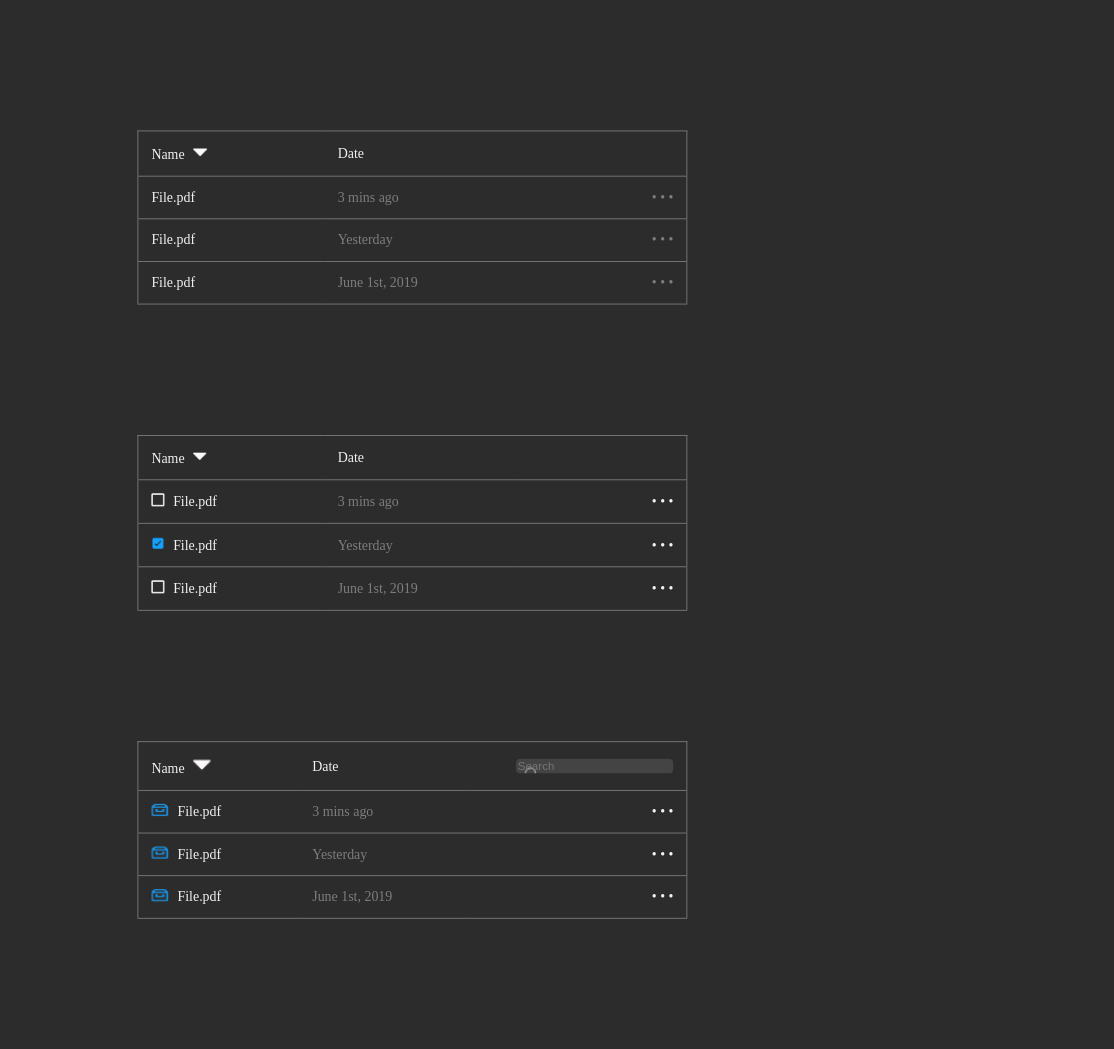
Repository: batonAnton/Hw5-table
Page: index.html
An editor plug-in stored every save of this project. The page is shown before and after the next save, followed by the edit.
The browser window is 1280 px wide. The pictures show the whole page, at 87% of full size.

Above is the page before, as saved 2022-06-14 12:10:07.

### index.html
<!DOCTYPE html>
<html lang="en">
<head>
    <meta charset="UTF-8">
    <meta http-equiv="X-UA-Compatible" content="IE=edge">
    <meta name="viewport" content="width=device-width, initial-scale=1.0">
    <title>Lecture 5</title>
    <link rel="stylesheet" href="css/style.css">
</head>
<body>
    <table>
        <tr>
            <td>Name <button><img src="image/down-filled-triangular-arrow.png" alt="down-filled-triangular-arrow"></button> </td>
            <td colspan="2">Date</td>
        </tr>

        <tr>
            <td>File.pdf</td>
            <td class="gray-color">3 mins ago</td>
            <td class="right-dot gray-color">&#x2022 &#x2022 &#x2022</td>
        </tr>

        <tr>
            <td>File.pdf</td>
            <td class="gray-color">Yesterday</td>
            <td class="right-dot gray-color">&#x2022 &#x2022 &#x2022</td>
        </tr>

        <tr>
            <td>File.pdf</td>
            <td class="gray-color">June 1st, 2019</td>
            <td class="right-dot gray-color">&#x2022 &#x2022 &#x2022</td>
        </tr>
    </table>

    <table class="table2">
        <tr>
            <td>  Name <button><img src="image/down-filled-triangular-arrow.png" alt="down-filled-triangular-arrow"></button> </td>
            <td colspan="2">Date</td>
        </tr>

        <tr>
            <td> <img src="/image/checkbox (1).png" alt="">File.pdf</td>
            <td class="gray-color">3 mins ago</td>
            <td class="right-dot white-dot">&#x2022 &#x2022 &#x2022</td>
        </tr>

        <tr>
            <td><img src="/image/checkbox.png" alt="">File.pdf</td>
            <td class="gray-color">Yesterday</td>
            <td class="right-dot white-dot">&#x2022 &#x2022 &#x2022</td>
        </tr>

        <tr>
            <td><img src="/image/checkbox (1).png" alt="">File.pdf</td>
            <td class="gray-color">June 1st, 2019</td>
            <td class="right-dot white-dot">&#x2022 &#x2022 &#x2022</td>
        </tr>
    </table>

    <table class="table3">
        <tr>
            <td>  Name <button><img src="image/down-filled-triangular-arrow.png" alt="down-filled-triangular-arrow"></button> </td>
            <td>Date</td>
            <td><input type="search" placeholder="Search"></td>
        </tr>

        <tr>
            <td> <img src="/image/file-iconpng.png" alt="">File.pdf</td>
            <td class="gray-color">3 mins ago</td>
            <td class="right-dot white-dot">&#x2022 &#x2022 &#x2022</td>
        </tr>

        <tr>
            <td><img src="/image/file-iconpng.png" alt="">File.pdf</td>
            <td class="gray-color">Yesterday</td>
            <td class="right-dot white-dot">&#x2022 &#x2022 &#x2022</td>
        </tr>

        <tr>
            <td><img src="/image/file-iconpng.png" alt="">File.pdf</td>
            <td class="gray-color">June 1st, 2019</td>
            <td class="right-dot white-dot">&#x2022 &#x2022 &#x2022</td>
        </tr>
    </table>
</body>
</html>

### css/style.css
body {
  background-color: rgb(44, 44, 44);
  color: rgb(242, 242, 242);
}

table {
  border: 1px solid rgb(125, 125, 125);
  margin: 150px;
  width: 50%;
  border-collapse: collapse;
  border-spacing: 0;
}

td {
  border-bottom: 1px solid rgb(125, 125, 125);
  padding: 15px;
  width: 270px;
  height: 18px;
}

.right-dot {
  text-align: right;
}

button {
  background-color: rgb(44, 44, 44);
  border: none;
}

.gray-color {
  color: rgb(125, 125, 125);
}

.white-dot {
  color: rgb(242, 242, 242);
}

.table2 img {
  margin-right: 10px;
  width: 15px;
}
.table3 img {
  margin-right: 10px;
  width: 15px;
}

.table3 img {
  width: 20px;
}

input {
  background-color: #444444;
  opacity: 1;
  float: right;
  border: none;
  border-radius: 5px;
  background-image: url("/image/search.png");
  background-position: 10px 10px;
  background-repeat: no-repeat;
  /* padding: 12px 20px 12px 40px; */
}

After the next save:
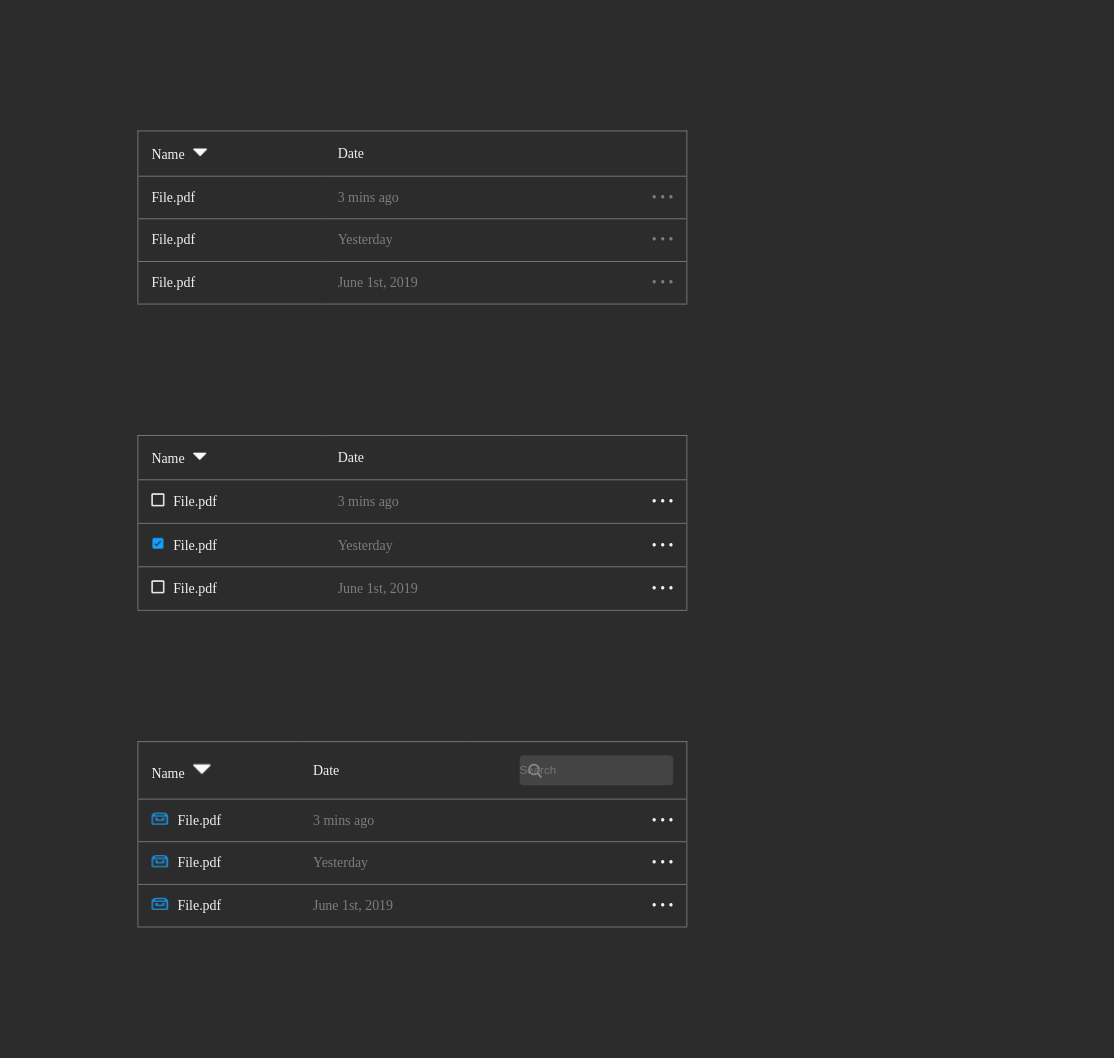
Saved 5 min 2 s later.
--- a/css/style.css
+++ b/css/style.css
@@ -58,4 +58,6 @@ input {
   background-position: 10px 10px;
   background-repeat: no-repeat;
   /* padding: 12px 20px 12px 40px; */
+  padding: 0;
+  height: 35px;
 }
